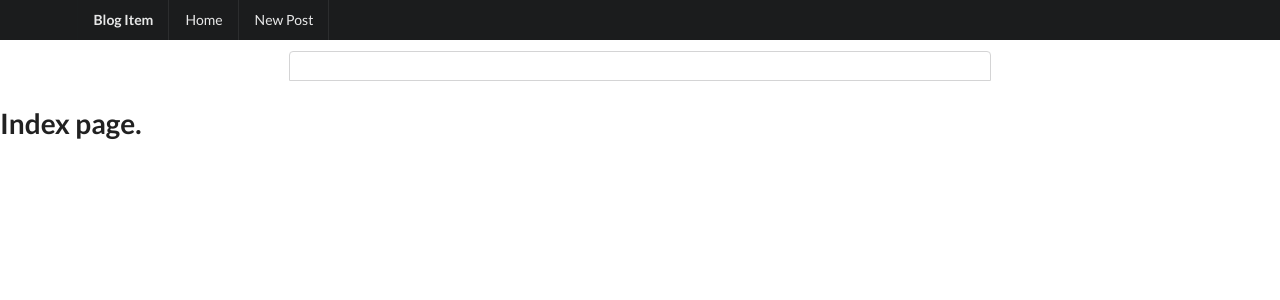
Repository: Frosslund/WebDevBootcampColtSteele
Page: http://localhost/blogs
The author's editor kept a record of every edit. The page is drawn from the files as they stood at one moment, then again after the next edit.
The browser window is 1280 px wide. The pictures show the whole page.
The page is served by the project's Node server (RESTfulRouting/RESTfulBlogApp/app.js). Queries for data that is not in the repository find no rows.

Above is the page before.

After the next edit:
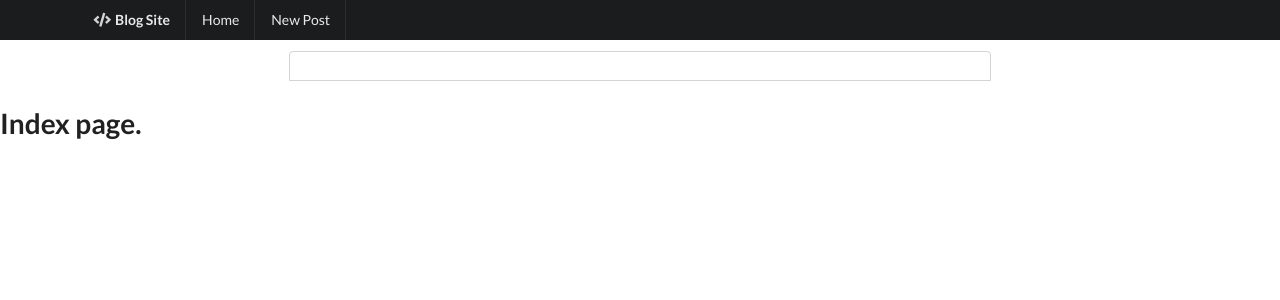
The edit:
--- a/RESTfulRouting/RESTfulBlogApp/views/partials/header.ejs
+++ b/RESTfulRouting/RESTfulBlogApp/views/partials/header.ejs
@@ -7,7 +7,7 @@
     <body>
         <div class="ui fixed inverted menu">
             <div class="ui container">
-                <div class="header item">Blog Item</div>
+                <div class="header item"><i class="code icon"></i>Blog Site</div>
                 <a href="/" class="item">Home</a>
                 <a href="/blogs/new" class="item">New Post</a>
             </div>
